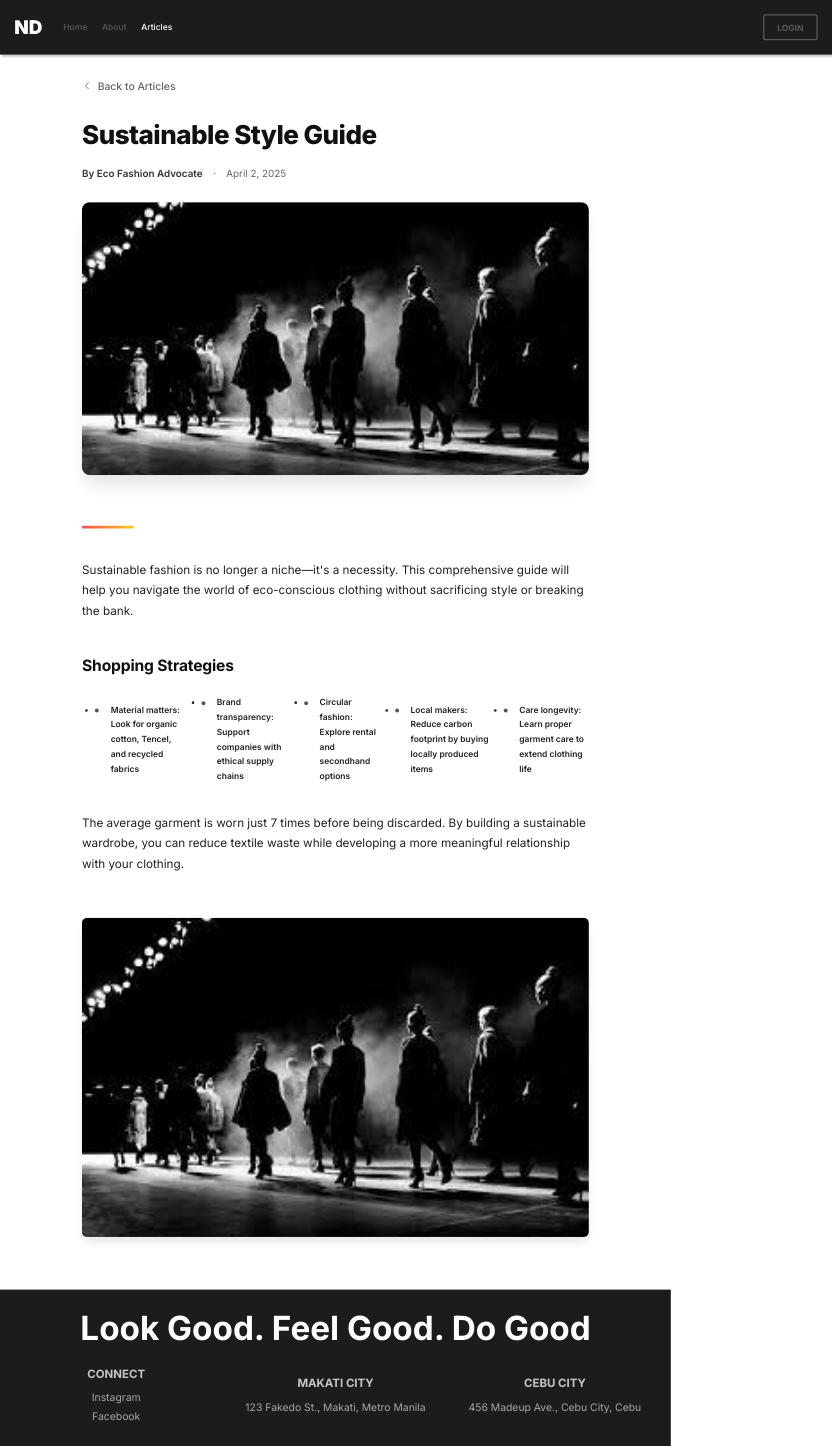
Repository: neomdavid/advancedwebprogramming
Page: /articles/3
The author's editor kept a copy of each file at every save. The page is drawn from the files as they stood at one save, then again after the next save.
The browser window is 1280 px wide. The pictures show the whole page, at 65% of full size.
The project was rebuilt for these pictures with package versions that can differ from the ones it lists, and the page was loaded fresh each time. Also part of the build but not shown: vite.config.js, src/styles/AboutPage.css, src/pages/AboutPAge.jsx, src/styles/ArticleList.css, src/pages/ArticleListPage.jsx, src/styles/HomePage.css, src/pages/HomePage.jsx.

Above is the page before, as saved 2025-04-15 08:59:36.

After the next save:
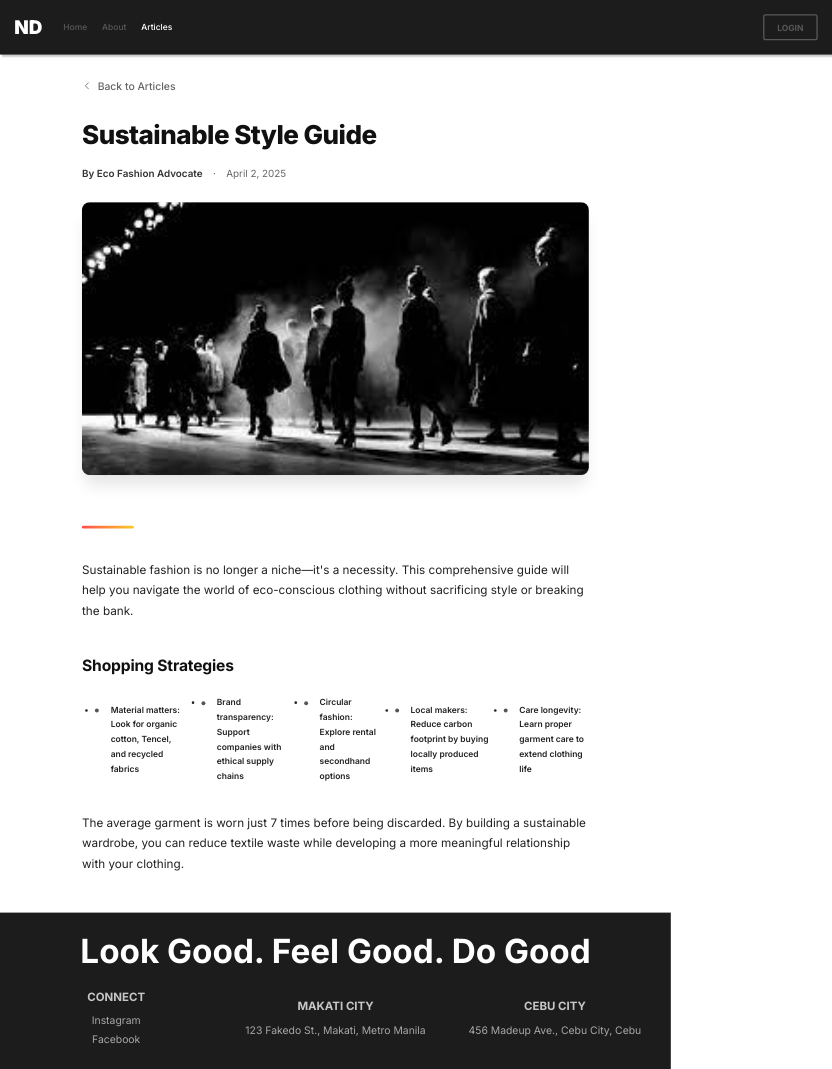
Saved 10 s later.
--- a/src/pages/ArticlePage.jsx
+++ b/src/pages/ArticlePage.jsx
@@ -70,14 +70,7 @@
                     </ul>
                   );
                 case "image":
-                  return (
-                    <img
-                      key={index}
-                      src={section.src}
-                      alt={section.alt}
-                      className="article-inline-img"
-                    />
-                  );
+
                 default:
                   return null;
               }
